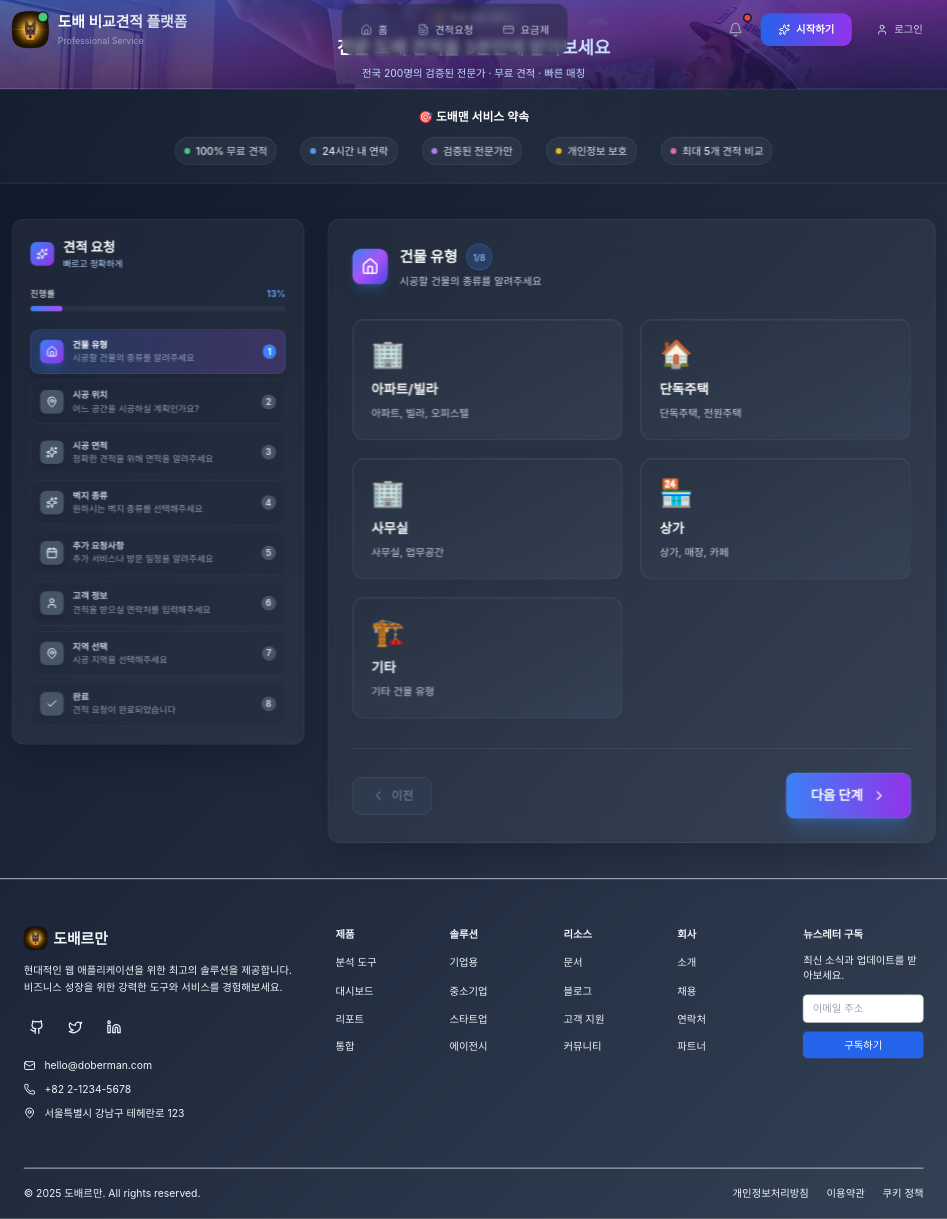
Repository: rambozzang/doberman_nextjs
Page: /quote-request
The author's editor kept a copy of each file at every save. The page is drawn from the files as they stood at one save, then again after the next save.
The browser window is 1280 px wide. The pictures show the whole page, at 74% of full size.
The project was rebuilt for these pictures with package versions that can differ from the ones it lists, and the page was loaded fresh each time. The framework's server and built-in components were replaced by stand-ins that run in the browser. Also part of the build but not shown: next.config.mjs, next.config.ts, src/components/LoginModal.tsx.

Above is the page before, as saved 2025-06-22 17:49:24.

### src/app/layout.tsx
import type { Metadata } from "next";
import { Geist, Geist_Mono } from "next/font/google";
import "./globals.css";
import QueryProvider from "@/providers/QueryProvider";
import { GlobalProvider } from "@/providers/GlobalProvider";
import Header from "@/components/Header";
import Footer from "@/components/Footer";

const geistSans = Geist({
  variable: "--font-geist-sans",
  subsets: ["latin"],
});

const geistMono = Geist_Mono({
  variable: "--font-geist-mono",
  subsets: ["latin"],
});

export const metadata: Metadata = {
  title: "Doberman - Next.js App",
  description: "Modern Next.js application with Zustand and TanStack Query",
};

export default function RootLayout({
  children,
}: Readonly<{
  children: React.ReactNode;
}>) {
  return (
    <html lang="ko">
      <body
        className={`${geistSans.variable} ${geistMono.variable} antialiased`}
      >
        <QueryProvider>
          <GlobalProvider>
            <Header />
            <main className="min-h-screen">
              {children}
            </main>
            <Footer />
          </GlobalProvider>
        </QueryProvider>
      </body>
    </html>
  );
}

### src/app/globals.css
@tailwind base;
@tailwind components;
@tailwind utilities;

/* ===== CSS 변수 시스템 ===== */
:root {
  /* 색상 팔레트 */
  --color-primary: 59 130 246;
  --color-primary-dark: 37 99 235;
  --color-secondary: 147 51 234;
  --color-secondary-dark: 124 58 237;
  --color-accent: 6 182 212;
  --color-success: 34 197 94;
  --color-warning: 251 191 36;
  --color-error: 239 68 68;

  /* 중성 색상 */
  --color-slate-50: 248 250 252;
  --color-slate-100: 241 245 249;
  --color-slate-200: 226 232 240;
  --color-slate-300: 203 213 225;
  --color-slate-400: 148 163 184;
  --color-slate-500: 100 116 139;
  --color-slate-600: 71 85 105;
  --color-slate-700: 51 65 85;
  --color-slate-800: 30 41 59;
  --color-slate-900: 15 23 42;
  --color-slate-950: 2 6 23;

  /* 배경 그라데이션 */
  --bg-gradient: linear-gradient(
    135deg,
    rgb(15 23 42),
    rgb(30 41 59),
    rgb(51 65 85)
  );
  --bg-gradient-light: linear-gradient(
    135deg,
    rgb(51 65 85),
    rgb(71 85 105),
    rgb(100 116 139)
  );

  /* 간격 시스템 - 8px 기반 */
  --spacing-1: 0.25rem; /* 4px */
  --spacing-2: 0.5rem; /* 8px */
  --spacing-3: 0.75rem; /* 12px */
  --spacing-4: 1rem; /* 16px */
  --spacing-5: 1.25rem; /* 20px */
  --spacing-6: 1.5rem; /* 24px */
  --spacing-8: 2rem; /* 32px */
  --spacing-10: 2.5rem; /* 40px */
  --spacing-12: 3rem; /* 48px */
  --spacing-16: 4rem; /* 64px */
  --spacing-20: 5rem; /* 80px */
  --spacing-24: 6rem; /* 96px */

  /* 타이포그래피 */
  --font-size-xs: 0.75rem;
  --font-size-sm: 0.875rem;
  --font-size-base: 1rem;
  --font-size-lg: 1.125rem;
  --font-size-xl: 1.25rem;
  --font-size-2xl: 1.5rem;
  --font-size-3xl: 1.875rem;
  --font-size-4xl: 2.25rem;
  --font-size-5xl: 3rem;
  --font-size-6xl: 3.75rem;

  /* 그림자 */
  --shadow-sm: 0 1px 2px 0 rgb(0 0 0 / 0.05);
  --shadow-md: 0 4px 6px -1px rgb(0 0 0 / 0.1), 0 2px 4px -2px rgb(0 0 0 / 0.1);
  --shadow-lg: 0 10px 15px -3px rgb(0 0 0 / 0.1),
    0 4px 6px -4px rgb(0 0 0 / 0.1);
  --shadow-xl: 0 20px 25px -5px rgb(0 0 0 / 0.1),
    0 8px 10px -6px rgb(0 0 0 / 0.1);
  --shadow-2xl: 0 25px 50px -12px rgb(0 0 0 / 0.25);
  --shadow-glow: 0 0 20px rgb(59 130 246 / 0.3);

  /* 테두리 반경 */
  --radius-sm: 0.375rem;
  --radius-md: 0.5rem;
  --radius-lg: 0.75rem;
  --radius-xl: 1rem;
  --radius-2xl: 1.5rem;
  --radius-full: 9999px;

  /* 전환 */
  --transition-fast: 150ms ease;
  --transition-normal: 250ms ease;
  --transition-slow: 350ms ease;
}

/* ===== 기본 스타일 ===== */
* {
  margin: 0;
  padding: 0;
  box-sizing: border-box;
}

body {
  font-family: "Inter", -apple-system, BlinkMacSystemFont, "Segoe UI", Roboto,
    sans-serif;
  background: var(--bg-gradient);
  min-height: 100vh;
  color: rgb(var(--color-slate-100));
  line-height: 1.6;
  font-size: var(--font-size-base);
  -webkit-font-smoothing: antialiased;
  -moz-osx-font-smoothing: grayscale;
}

/* ===== 타이포그래피 시스템 ===== */
.text-display {
  font-size: var(--font-size-6xl);
  font-weight: 800;
  line-height: 1.1;
  letter-spacing: -0.025em;
}

.text-h1 {
  font-size: var(--font-size-5xl);
  font-weight: 700;
  line-height: 1.2;
  letter-spacing: -0.025em;
}

.text-h2 {
  font-size: var(--font-size-4xl);
  font-weight: 600;
  line-height: 1.3;
  letter-spacing: -0.025em;
}

.text-h3 {
  font-size: var(--font-size-3xl);
  font-weight: 600;
  line-height: 1.4;
}

.text-h4 {
  font-size: var(--font-size-2xl);
  font-weight: 600;
  line-height: 1.4;
}

.text-h5 {
  font-size: var(--font-size-xl);
  font-weight: 600;
  line-height: 1.5;
}

.text-body-lg {
  font-size: var(--font-size-lg);
  line-height: 1.7;
}

.text-body {
  font-size: var(--font-size-base);
  line-height: 1.6;
}

.text-body-sm {
  font-size: var(--font-size-sm);
  line-height: 1.5;
}

.text-caption {
  font-size: var(--font-size-xs);
  line-height: 1.4;
  font-weight: 500;
}

/* 색상 유틸리티 */
.text-primary {
  color: rgb(var(--color-primary));
}
.text-secondary {
  color: rgb(var(--color-secondary));
}
.text-accent {
  color: rgb(var(--color-accent));
}
.text-success {
  color: rgb(var(--color-success));
}
.text-warning {
  color: rgb(var(--color-warning));
}
.text-error {
  color: rgb(var(--color-error));
}
.text-muted {
  color: rgb(var(--color-slate-400));
}
.text-subtle {
  color: rgb(var(--color-slate-300));
}

.text-gradient-primary {
  background: linear-gradient(
    135deg,
    rgb(var(--color-primary)),
    rgb(var(--color-secondary))
  );
  -webkit-background-clip: text;
  -webkit-text-fill-color: transparent;
  background-clip: text;
}

.text-gradient-accent {
  background: linear-gradient(
    135deg,
    rgb(var(--color-accent)),
    rgb(var(--color-primary))
  );
  -webkit-background-clip: text;
  -webkit-text-fill-color: transparent;
  background-clip: text;
}

/* ===== 레이아웃 시스템 ===== */
.main-layout {
  padding-top: var(--spacing-16); /* 64px */
  min-height: 100vh;
}

@media (min-width: 1024px) {
  .main-layout {
    padding-top: var(--spacing-20); /* 80px */
  }
}

/* 견적 요청 페이지 레이아웃 수정 */
.quote-request-bg {
  background: linear-gradient(135deg, #0f172a 0%, #1e293b 50%, #334155 100%);
  min-height: 100vh;
  position: relative;
}

.quote-header-fixed {
  height: 120px;
  position: relative;
  z-index: 10;
  margin-top: 0;
}

.quote-content-wrapper {
  position: relative;
  z-index: 5;
  background: transparent;
}

.quote-mobile-nav {
  position: relative;
  z-index: 15;
  background: rgba(15, 23, 42, 0.9);
  backdrop-filter: blur(20px);
}

.quote-rules-section {
  position: relative;
  z-index: 5;
  background: linear-gradient(
    90deg,
    rgba(30, 41, 59, 0.4),
    rgba(51, 65, 85, 0.3),
    rgba(30, 41, 59, 0.4)
  );
  border-top: 1px solid rgba(255, 255, 255, 0.1);
  border-bottom: 1px solid rgba(255, 255, 255, 0.1);
}

.quote-main-content {
  position: relative;
  z-index: 5;
  background: transparent;
}

.container-custom {
  max-width: 1280px;
  margin: 0 auto;
  padding: 0 var(--spacing-4); /* 16px */
}

@media (min-width: 640px) {
  .container-custom {
    padding: 0 var(--spacing-6); /* 24px */
  }
}

@media (min-width: 1024px) {
  .container-custom {
    padding: 0 var(--spacing-8); /* 32px */
  }
}

.page-wrapper {
  padding: var(--spacing-8) 0; /* 32px */
}

@media (min-width: 768px) {
  .page-wrapper {
    padding: var(--spacing-12) 0; /* 48px */
  }
}

@media (min-width: 1024px) {
  .page-wrapper {
    padding: var(--spacing-16) 0; /* 64px */
  }
}

.section-spacing {
  margin-bottom: var(--spacing-12); /* 48px */
}

@media (min-width: 768px) {
  .section-spacing {
    margin-bottom: var(--spacing-16); /* 64px */
  }
}

@media (min-width: 1024px) {
  .section-spacing {
    margin-bottom: var(--spacing-20); /* 80px */
  }
}

/* ===== 카드 시스템 ===== */
.card {
  background: rgba(var(--color-slate-800), 0.6);
  backdrop-filter: blur(20px);
  border: 1px solid rgba(var(--color-slate-700), 0.5);
  border-radius: var(--radius-xl);
  padding: var(--spacing-4); /* 16px */
  transition: all var(--transition-normal);
}

@media (min-width: 768px) {
  .card {
    padding: var(--spacing-6); /* 24px */
  }
}

.card-enhanced {
  background: rgba(var(--color-slate-800), 0.8);
  backdrop-filter: blur(20px);
  border: 1px solid rgba(var(--color-primary), 0.2);
  border-radius: var(--radius-2xl);
  padding: var(--spacing-6); /* 24px */
  box-shadow: var(--shadow-lg);
  transition: all var(--transition-normal);
  position: relative;
  overflow: hidden;
}

.card-enhanced::before {
  content: "";
  position: absolute;
  top: 0;
  left: 0;
  right: 0;
  height: 1px;
  background: linear-gradient(
    90deg,
    transparent,
    rgba(var(--color-primary), 0.5),
    transparent
  );
}

@media (min-width: 768px) {
  .card-enhanced {
    padding: var(--spacing-8); /* 32px */
  }
}

@media (min-width: 1024px) {
  .card-enhanced {
    padding: var(--spacing-10); /* 40px */
  }
}

.card:hover,
.card-enhanced:hover {
  transform: translateY(-2px);
  border-color: rgba(var(--color-primary), 0.4);
  box-shadow: var(--shadow-xl), var(--shadow-glow);
}

.card-glass {
  background: rgba(var(--color-slate-900), 0.4);
  backdrop-filter: blur(20px);
  border: 1px solid rgba(var(--color-slate-600), 0.3);
  border-radius: var(--radius-xl);
  padding: var(--spacing-4); /* 16px */
}

@media (min-width: 768px) {
  .card-glass {
    padding: var(--spacing-6); /* 24px */
  }
}

/* ===== 버튼 시스템 ===== */
.btn {
  display: inline-flex;
  align-items: center;
  justify-content: center;
  gap: var(--spacing-2); /* 8px */
  font-weight: 600;
  font-size: var(--font-size-sm);
  line-height: 1;
  border-radius: var(--radius-lg);
  border: none;
  cursor: pointer;
  transition: all var(--transition-normal);
  text-decoration: none;
  position: relative;
  overflow: hidden;
  padding: var(--spacing-3) var(--spacing-4); /* 12px 16px */
}

.btn-primary {
  background: linear-gradient(
    135deg,
    rgb(var(--color-primary)),
    rgb(var(--color-secondary))
  );
  color: white;
  box-shadow: var(--shadow-md);
}

.btn-primary:hover {
  transform: translateY(-1px);
  box-shadow: var(--shadow-lg), var(--shadow-glow);
  background: linear-gradient(
    135deg,
    rgb(var(--color-primary-dark)),
    rgb(var(--color-secondary-dark))
  );
}

.btn-secondary {
  background: rgba(var(--color-slate-700), 0.8);
  color: rgb(var(--color-slate-100));
  border: 1px solid rgba(var(--color-slate-600), 0.5);
  backdrop-filter: blur(10px);
}

.btn-secondary:hover {
  background: rgba(var(--color-slate-600), 0.8);
  border-color: rgba(var(--color-primary), 0.5);
  transform: translateY(-1px);
}

.btn-ghost {
  background: transparent;
  color: rgb(var(--color-slate-300));
  border: 1px solid rgba(var(--color-slate-600), 0.3);
}

.btn-ghost:hover {
  background: rgba(var(--color-slate-800), 0.5);
  color: rgb(var(--color-slate-100));
  border-color: rgba(var(--color-primary), 0.3);
}

.btn-lg {
  font-size: var(--font-size-base);
  padding: var(--spacing-4) var(--spacing-6); /* 16px 24px */
}

.btn-xl {
  font-size: var(--font-size-lg);
  padding: var(--spacing-5) var(--spacing-8); /* 20px 32px */
}

/* ===== 폼 요소 ===== */
.form-input {
  width: 100%;
  background: rgba(var(--color-slate-800), 0.6);
  border: 1px solid rgba(var(--color-slate-600), 0.5);
  border-radius: var(--radius-lg);
  padding: var(--spacing-sm) var(--spacing-md);
  color: rgb(var(--color-slate-100));
  font-size: var(--font-size-sm);
  transition: all var(--transition-normal);
  backdrop-filter: blur(10px);
}

.form-input:focus {
  outline: none;
  border-color: rgb(var(--color-primary));
  box-shadow: 0 0 0 3px rgba(var(--color-primary), 0.1);
  background: rgba(var(--color-slate-800), 0.8);
}

.form-input::placeholder {
  color: rgb(var(--color-slate-400));
}

/* ===== 특별한 컴포넌트들 ===== */
.hero-section {
  background: linear-gradient(
    135deg,
    rgba(var(--color-primary), 0.1),
    rgba(var(--color-secondary), 0.1),
    rgba(var(--color-accent), 0.05)
  );
  border: 1px solid rgba(var(--color-primary), 0.2);
  border-radius: var(--radius-2xl);
  padding: var(--spacing-8); /* 32px */
  margin-bottom: var(--spacing-12); /* 48px */
  position: relative;
  overflow: hidden;
}

.hero-section::before {
  content: "";
  position: absolute;
  top: -50%;
  left: -50%;
  width: 200%;
  height: 200%;
  background: radial-gradient(
    circle,
    rgba(var(--color-primary), 0.1) 0%,
    transparent 70%
  );
  animation: float 20s ease-in-out infinite;
}

@keyframes float {
  0%,
  100% {
    transform: translateY(0px) rotate(0deg);
  }
  50% {
    transform: translateY(-20px) rotate(180deg);
  }
}

@media (min-width: 768px) {
  .hero-section {
    padding: var(--spacing-12); /* 48px */
    margin-bottom: var(--spacing-16); /* 64px */
  }
}

@media (min-width: 1024px) {
  .hero-section {
    padding: var(--spacing-16); /* 64px */
    margin-bottom: var(--spacing-20); /* 80px */
  }
}

.quote-header {
  background: rgba(var(--color-slate-800), 0.9);
  backdrop-filter: blur(20px);
  border-bottom: 1px solid rgba(var(--color-primary), 0.2);
  margin-top: var(--spacing-16); /* 64px */
  padding: var(--spacing-6) 0; /* 24px */
}

@media (min-width: 1024px) {
  .quote-header {
    margin-top: var(--spacing-20); /* 80px */
    padding: var(--spacing-8) 0; /* 32px */
  }
}

/* ===== 진행률 바 ===== */
.progress-container {
  background: rgba(var(--color-slate-700), 0.5);
  border-radius: var(--radius-full);
  height: 8px;
  overflow: hidden;
  position: relative;
}

.progress-bar {
  background: linear-gradient(
    90deg,
    rgb(var(--color-primary)),
    rgb(var(--color-accent))
  );
  height: 100%;
  border-radius: var(--radius-full);
  transition: width var(--transition-slow);
  position: relative;
}

.progress-bar::after {
  content: "";
  position: absolute;
  top: 0;
  left: 0;
  right: 0;
  bottom: 0;
  background: linear-gradient(
    90deg,
    transparent,
    rgba(255, 255, 255, 0.3),
    transparent
  );
  animation: shimmer 2s infinite;
}

@keyframes shimmer {
  0% {
    transform: translateX(-100%);
  }
  100% {
    transform: translateX(100%);
  }
}

/* ===== 애니메이션 ===== */
.fade-in {
  animation: fadeIn 0.6s ease-out forwards;
}

@keyframes fadeIn {
  from {
    opacity: 0;
    transform: translateY(20px);
  }
  to {
    opacity: 1;
    transform: translateY(0);
  }
}

.slide-up {
  animation: slideUp 0.8s ease-out forwards;
}

@keyframes slideUp {
  from {
    opacity: 0;
    transform: translateY(40px);
  }
  to {
    opacity: 1;
    transform: translateY(0);
  }
}

.scale-in {
  animation: scaleIn 0.5s ease-out forwards;
}

@keyframes scaleIn {
  from {
    opacity: 0;
    transform: scale(0.9);
  }
  to {
    opacity: 1;
    transform: scale(1);
  }
}

/* ===== 스크롤바 ===== */
::-webkit-scrollbar {
  width: 8px;
}

::-webkit-scrollbar-track {
  background: rgba(var(--color-slate-800), 0.5);
}

::-webkit-scrollbar-thumb {
  background: linear-gradient(
    135deg,
    rgb(var(--color-primary)),
    rgb(var(--color-secondary))
  );
  border-radius: var(--radius-full);
}

::-webkit-scrollbar-thumb:hover {
  background: linear-gradient(
    135deg,
    rgb(var(--color-primary-dark)),
    rgb(var(--color-secondary-dark))
  );
}

/* ===== 유틸리티 클래스 ===== */
.glass-effect {
  backdrop-filter: blur(20px);
  background: rgba(var(--color-slate-800), 0.6);
  border: 1px solid rgba(var(--color-slate-600), 0.3);
}

.glow-effect {
  box-shadow: var(--shadow-glow);
}

.text-glow {
  text-shadow: 0 0 20px rgba(var(--color-primary), 0.5);
}

.border-gradient {
  position: relative;
  background: rgba(var(--color-slate-800), 0.8);
  border-radius: var(--radius-xl);
}

.border-gradient::before {
  content: "";
  position: absolute;
  inset: 0;
  padding: 1px;
  background: linear-gradient(
    135deg,
    rgb(var(--color-primary)),
    rgb(var(--color-secondary))
  );
  border-radius: inherit;
  mask: linear-gradient(#fff 0 0) content-box, linear-gradient(#fff 0 0);
  mask-composite: exclude;
}

/* ===== 반응형 그리드 ===== */
.grid-responsive {
  display: grid;
  gap: var(--spacing-4); /* 16px */
  grid-template-columns: 1fr;
}

@media (min-width: 768px) {
  .grid-responsive {
    gap: var(--spacing-6); /* 24px */
    grid-template-columns: repeat(2, 1fr);
  }
}

@media (min-width: 1024px) {
  .grid-responsive {
    gap: var(--spacing-8); /* 32px */
    grid-template-columns: repeat(3, 1fr);
  }
}

.grid-responsive-2 {
  display: grid;
  gap: var(--spacing-6); /* 24px */
  grid-template-columns: 1fr;
}

@media (min-width: 1024px) {
  .grid-responsive-2 {
    gap: var(--spacing-8); /* 32px */
    grid-template-columns: 1fr 2fr;
  }
}

/* 4열 그리드 (통계 카드용) */
.grid-responsive-4 {
  display: grid;
  gap: var(--spacing-3); /* 12px */
  grid-template-columns: repeat(2, 1fr);
}

@media (min-width: 768px) {
  .grid-responsive-4 {
    gap: var(--spacing-4); /* 16px */
    grid-template-columns: repeat(4, 1fr);
  }
}

@media (min-width: 1024px) {
  .grid-responsive-4 {
    gap: var(--spacing-6); /* 24px */
  }
}

### src/providers/QueryProvider.tsx
'use client';

import { QueryClient, QueryClientProvider } from '@tanstack/react-query';
import { useState } from 'react';

export default function QueryProvider({
  children,
}: {
  children: React.ReactNode;
}) {
  const [queryClient] = useState(() => new QueryClient({
    defaultOptions: {
      queries: {
        staleTime: 60 * 1000, // 1분
        refetchOnWindowFocus: false,
      },
    },
  }));

  return (
    <QueryClientProvider client={queryClient}>
      {children}
    </QueryClientProvider>
  );
}

### src/providers/GlobalProvider.tsx
"use client";

import React from "react";

export function GlobalProvider({ children }: { children: React.ReactNode }) {
  return (
    <>
      {children}
    </>
  );
}

Loaded but not shown: tailwind.config.js (131 lines, source omitted); src/app/quote-request/page.tsx (654 lines, source omitted); src/components/Header.tsx (317 lines, source omitted); src/components/Footer.tsx (297 lines, source omitted)

After the next save:
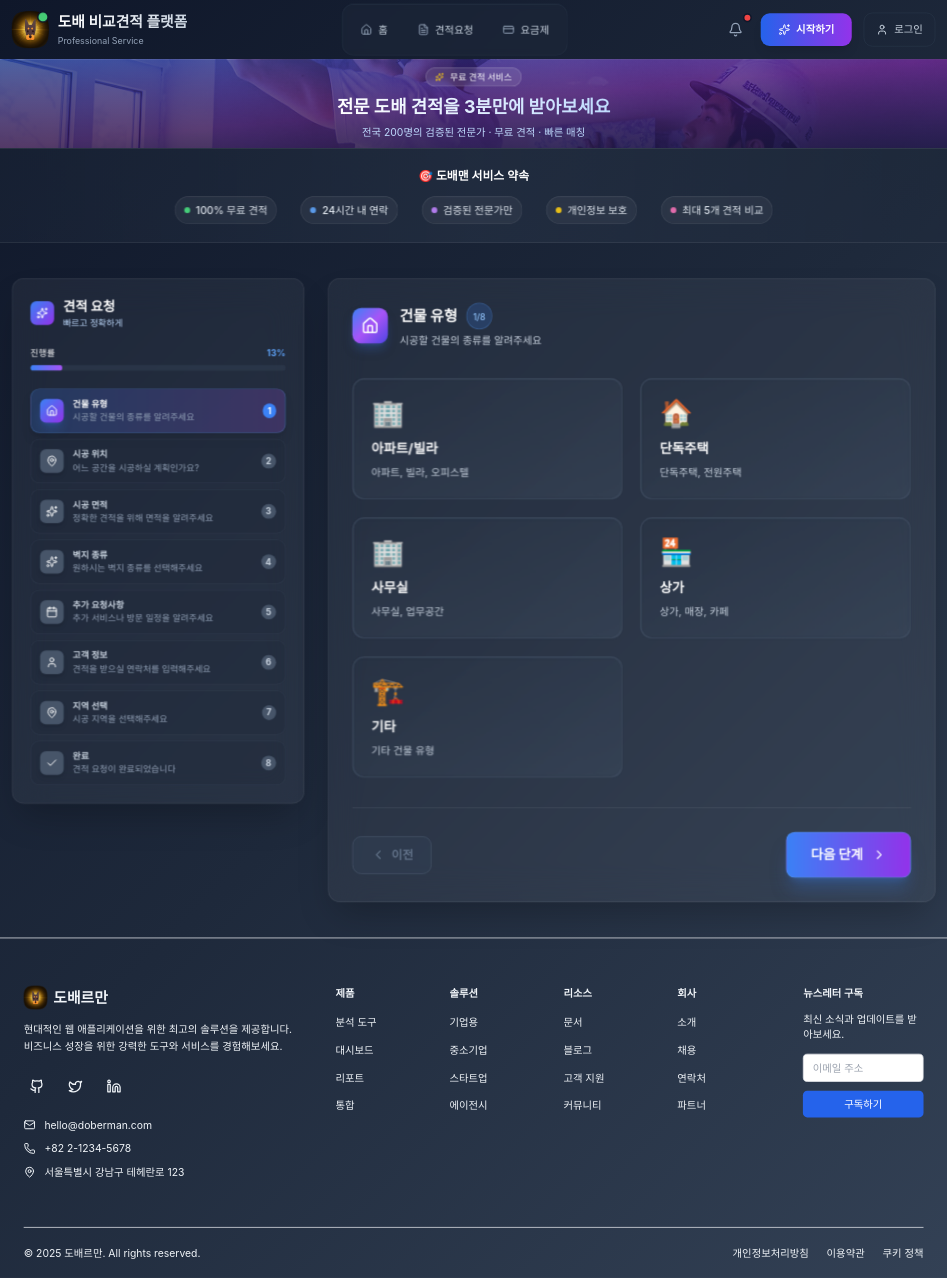
Saved 38 s later.
--- a/src/app/globals.css
+++ b/src/app/globals.css
@@ -242,7 +242,7 @@ body {
   height: 120px;
   position: relative;
   z-index: 10;
-  margin-top: 0;
+  margin-top: 80px; /* 글로벌 헤더 높이만큼 여백 추가 */
 }
 
 .quote-content-wrapper {
